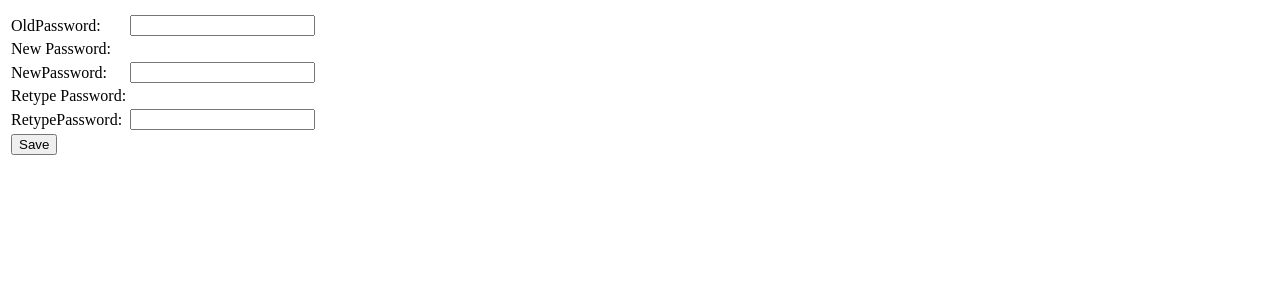
Repository: tarik788/prac
Page: http://localhost/Struts_validations/Manager/ChangePassword.jsp
An editor plug-in stored every save of this project. The page is shown before and after the next save, followed by the edit.
The browser window is 1280 px wide. The pictures show the whole page.
The page is served by Tomcat 9.

Above is the page before, as saved 2014-06-18 10:20:36.

After the next save:
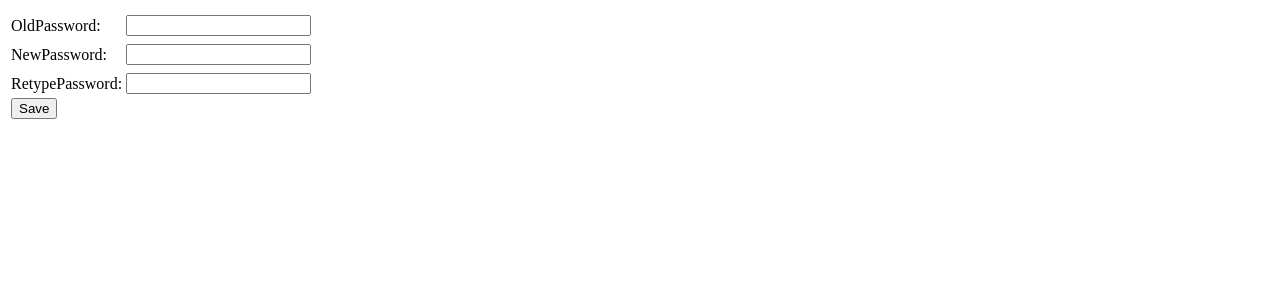
Saved 14 s later.
--- a/Java/AdvJava/Project/Struts_validations/WebContent/Manager/ChangePassword.jsp
+++ b/Java/AdvJava/Project/Struts_validations/WebContent/Manager/ChangePassword.jsp
@@ -14,11 +14,11 @@
 				<td><s:password name="oldPassword" label="OldPassword"></s:password></td>
 			</tr>
 			<tr>
-				<td>New Password:</td>
+
 				<td><s:password name="newPassword" label="NewPassword"></s:password></td>
 			</tr>
 			<tr>
-				<td>Retype Password:</td>
+
 				<td><s:password name="retypedPassword" label="RetypePassword"></s:password></td>
 			</tr>
 			<tr>
